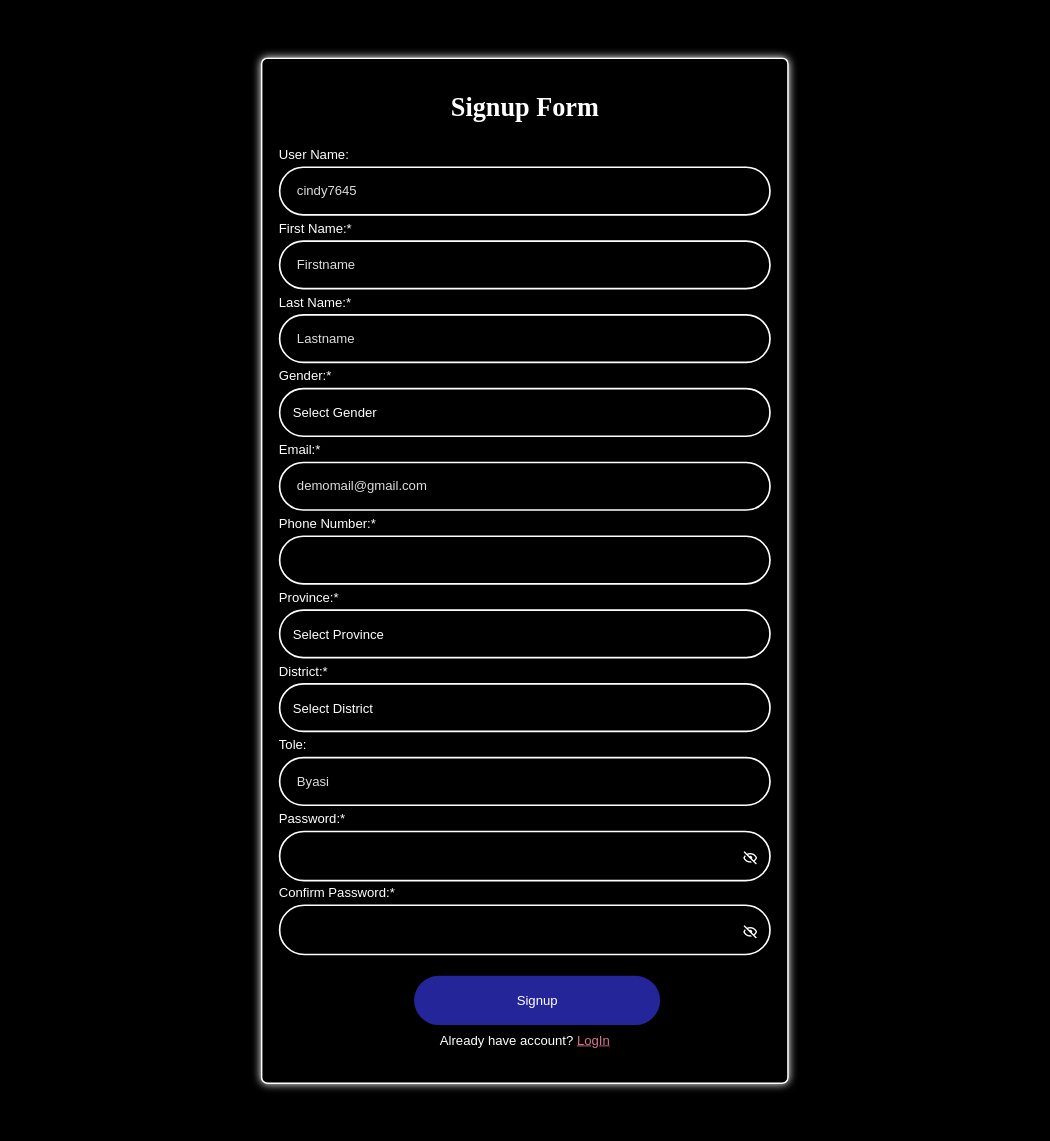
Repository: cindrellakoju/Animestore
Page: html css/signup.html
The author's editor kept a copy of each file at every save. The page is drawn from the files as they stood at one save, then again after the next save.
The browser window is 1280 px wide. The pictures show the whole page, at 82% of full size.

Above is the page before, as saved 2024-04-20 12:16:53.

After the next save:
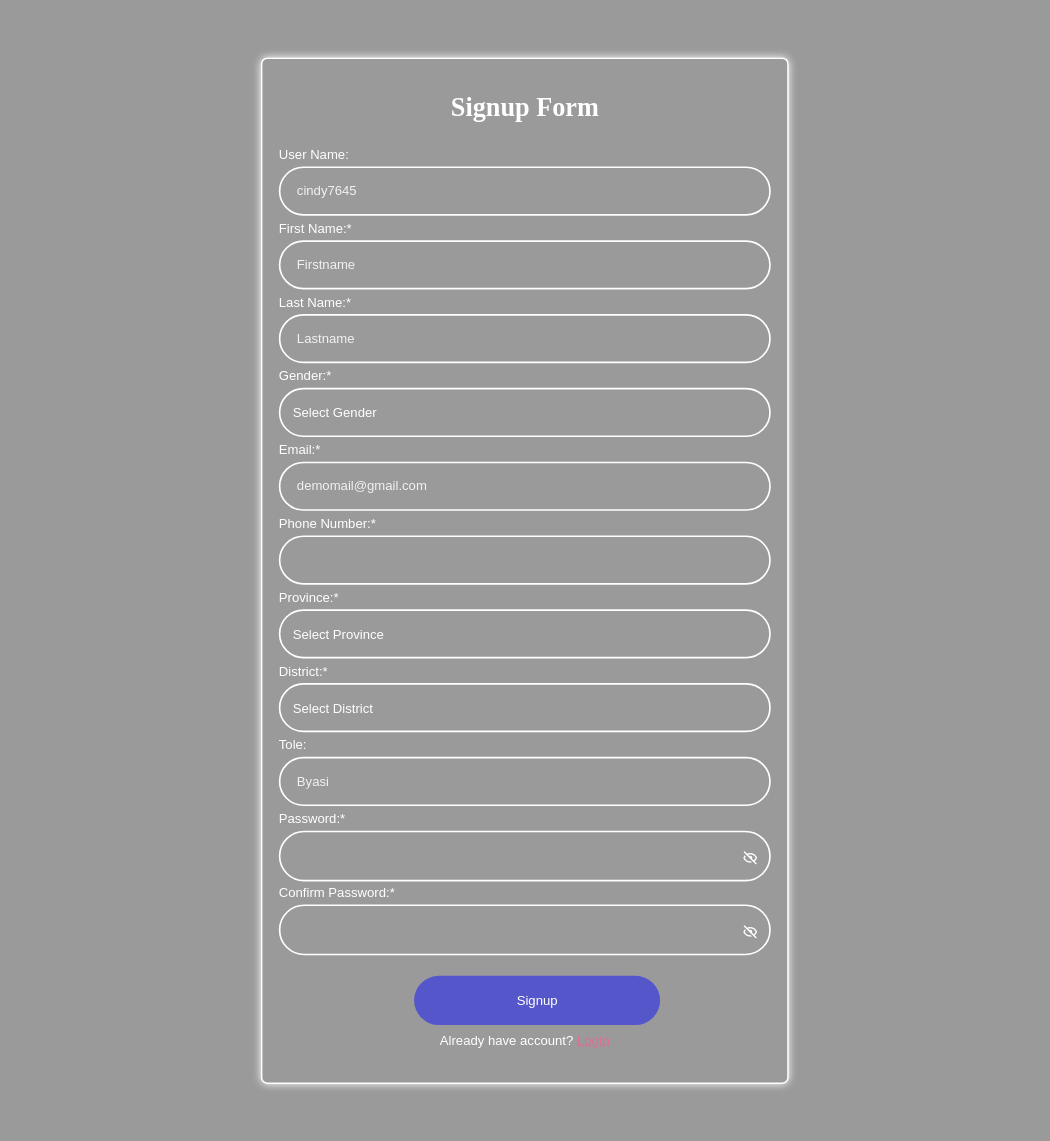
Saved 62 s later.
--- a/html css/signup.css
+++ b/html css/signup.css
@@ -5,7 +5,7 @@ body {
     padding: 20px;
     /* background-color: #f4f4f4; */
     min-height: 100vh;
-    background-color: #000;
+    background-color: #00000065;
   }
 
   .container {
@@ -209,6 +209,6 @@ select:-webkit-autofill:hover,
 select:-webkit-autofill:focus {
     border: 2px solid white;
     -webkit-text-fill-color: white;
-    -webkit-box-shadow: 0 0 0px 1000px #000000ce inset;
+    -webkit-box-shadow: 0 0 0px 1000px #cdcacace inset;
     transition: background-color 5000s ease-in-out 0s;
 }
